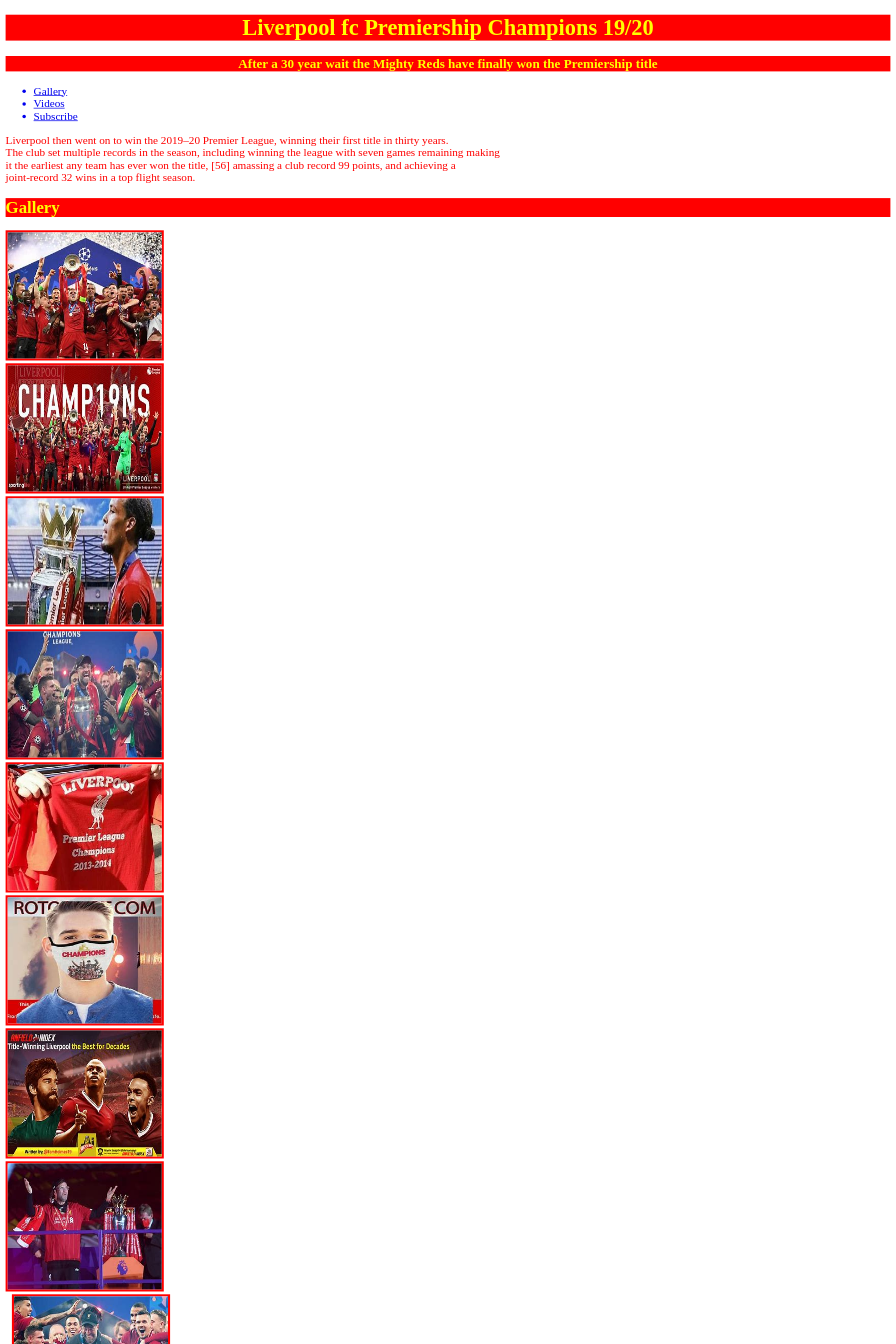
Repository: andyd71/HTML_and_CSS
Page: one_page_website/One_Page_Website.html
An editor plug-in stored every save of this project. The page is shown before and after the next save, followed by the edit.
The browser window is 1280 px wide. The pictures show the part of the page from y = 0 to 1920 px (the page is 2749 px tall), at 70% of full size.

Above is the page before, as saved 2020-10-09 12:43:35.

After the next save:
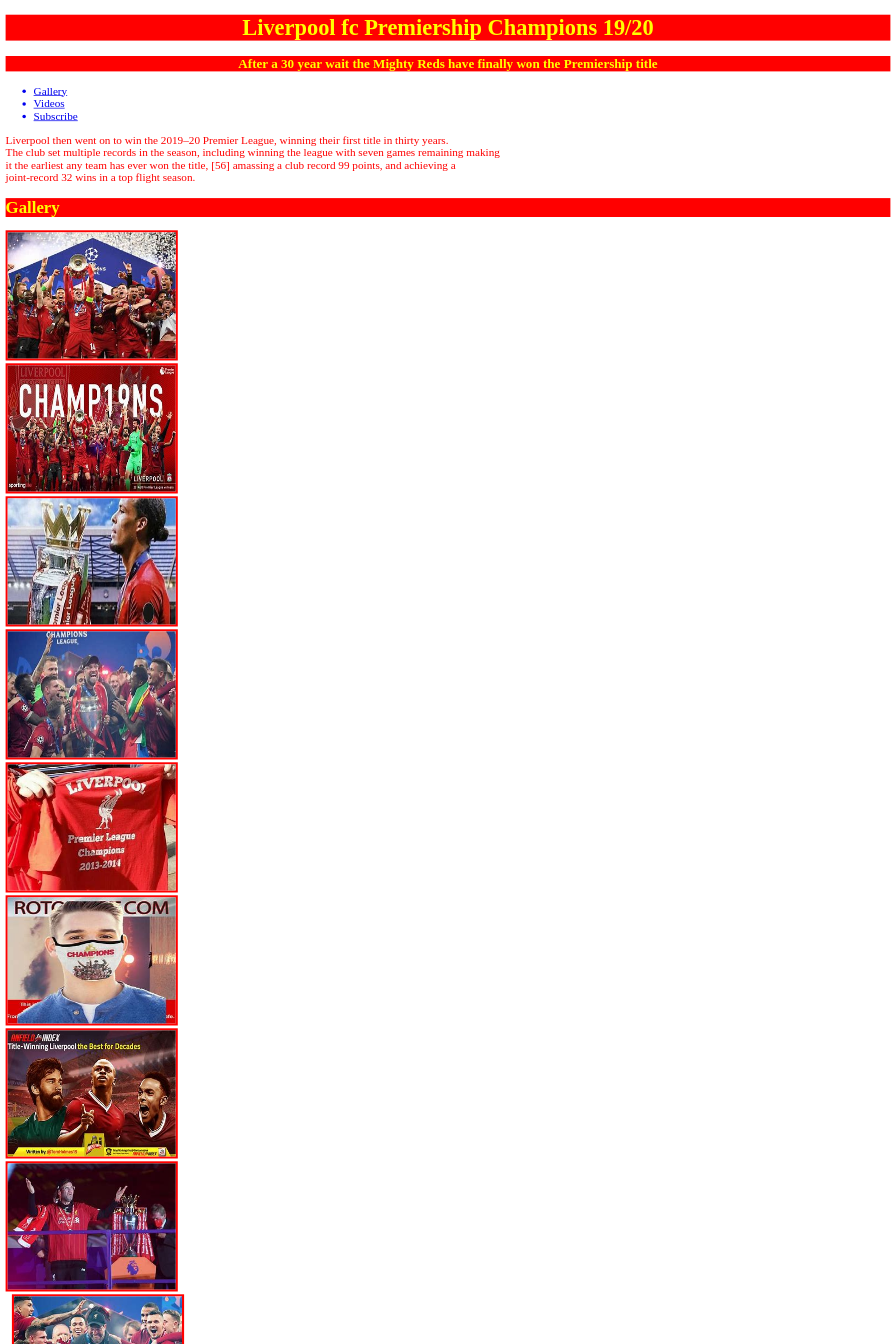
Saved 14 s later.
--- a/one_page_website/css/One_page_website.css
+++ b/one_page_website/css/One_page_website.css
@@ -19,6 +19,6 @@
 }
 img {
 	border: 3px solid red;
-	width: 220px;
+	width: 240px;
 	height: 180px;
 }
